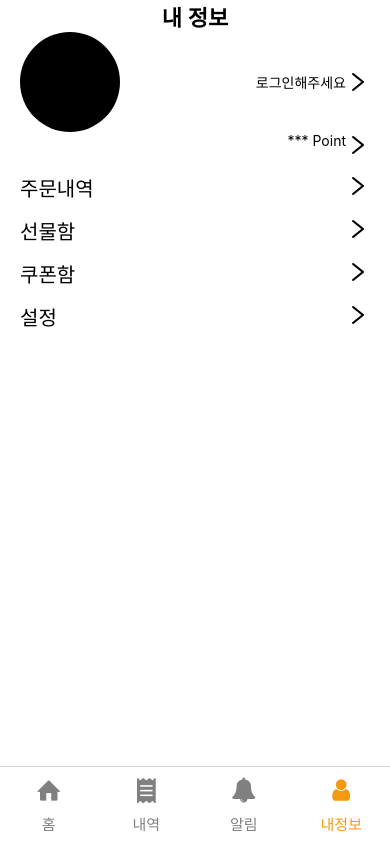
Repository: Unique0902/GachiDutch
Screen: /User
The author's editor kept a copy of each file at every save. The screen is drawn from the files as they stood at one save, then again after the next save.
The app was drawn by React Native's web renderer in a window 390 px wide. The project was rebuilt for these pictures with package versions that can differ from the ones it lists, and the page was loaded fresh each time. Some packages were replaced by stand-ins written for this rebuild. Also part of the build but not shown: sources/components/lowBar/lowBar.jsx, sources/components/taxi/taxi.jsx, sources/components/alarm/alert.js, sources/components/alarm/alarm.jsx, sources/components/dutch_history/dutch_history.jsx, sources/components/dutchpay_historys/dutchpay_historys.jsx, sources/components/delivery_historys/delivery_historys.jsx, sources/components/taxi_historys/taxi_historys.jsx and 3 more.

Above is the screen before, as saved 2022-11-11 16:28:15.

### App.js
import React from 'react';
import { StyleSheet, Text, View, Image } from 'react-native';
import Home from './sources/components/home/home';
import { NavigationContainer } from '@react-navigation/native';
import { createNativeStackNavigator } from '@react-navigation/native-stack';
import Taxi from './sources/components/taxi/taxi';
import Main from './sources/routes/main/main';
import Login from './sources/routes/login/login';
import HttpClient from './sources/network/http.js';
import ReceiptService from './sources/services/receipt.js';
import Ready from './sources/components/ready/ready';

const Stack = createNativeStackNavigator();
const baseURL = 'https://dutch-server.herokuapp.com';
const httpClient = new HttpClient(baseURL);
const receiptService = new ReceiptService(baseURL);

export default function App() {
  return (
    <>
      <NavigationContainer>
        <Stack.Navigator screenOptions={{ headerShown: false }}>
          <Stack.Screen
            name='Main'
            children={({ navigation, route }) => (
              <Main
                receiptService={receiptService}
                navigation={navigation}
                route={route}
              />
            )}
          />
          <Stack.Screen name='Taxi' component={Taxi} />
          <Stack.Screen name='Login' component={Login} />
          <Stack.Screen name='Ready' component={Ready} />
        </Stack.Navigator>
      </NavigationContainer>
    </>
  );
}

const styles = StyleSheet.create({
  header: {
    flexDirection: 'row',
    alignItems: 'center',
    justifyContent: 'space-between',
    margin: 25,
  },
  main: {},
  container: {
    flex: 1,
    backgroundColor: '#fff',
    alignItems: 'center',
    justifyContent: 'center',
  },
  logo: {
    width: 150,
    height: 30,
  },
});

### sources/components/home/home.jsx
import React, { useRef, useState, useEffect } from 'react';
import {
  StyleSheet,
  Text,
  View,
  Image,
  Button,
  Pressable,
  ScrollView,
  Dimensions,
} from 'react-native';
import { Entypo } from '@expo/vector-icons';
import { FontAwesome } from '@expo/vector-icons';
import { FontAwesome5 } from '@expo/vector-icons';
import LowBar from '../lowBar/lowBar';
import { isLogin, getUid } from '../../services/asyncstorage';
import { StatusBar } from 'react-native';

const Home = ({ login, setLogin, navigation, setUserData, userData }) => {
  const [scrollNum, setScrollNum] = useState(1);
  const windowWidth = Dimensions.get('window').width;
  const statusBarHeight = StatusBar.currentHeight;
  const headerStyle = {
    marginTop: statusBarHeight,
  };
  let advertisementWidth = windowWidth - 40;
  const scrollWidth = parseInt(advertisementWidth);
  let scrollLeft = 0;

  const advertisementStyle = () => {
    return {
      width: advertisementWidth,
    };
  };
  const pageCircleStyle = (num) => {
    if (scrollNum === num) {
      return {
        color: '#FB9700',
      };
    } else {
      return {
        color: '#FFFDD1',
      };
    }
  };
  const scrollRef = useRef();
  return (
    <View style={[styles.home, headerStyle]}>
      <View style={styles.top}>
        <View style={styles.header}>
          <Image
            source={require('../../images/dutch_logo.png')}
            style={styles.logo}
          />
          <Pressable
            onPress={() => {
              navigation.navigate('Ready');
            }}
          >
            <Entypo name='menu' size={35} color='black' />
          </Pressable>
        </View>
        <View style={styles.mainTop}>
          {login ? (
            <View style={styles.onLogin}>
              <Text style={styles.onLoginText}>
                {userData && userData.name}님 반가워요!
              </Text>
            </View>
          ) : (
            <View style={styles.login}>
              <View style={styles.loginTop}>
                <Pressable
                  style={styles.loginBtn}
                  onPress={() =>
                    navigation.navigate('Login', { setLogin, setUserData })
                  }
                >
                  <Text style={[styles.loginText, styles.loginBtnText]}>
                    로그인
                  </Text>
                </Pressable>
                <Text style={styles.loginText}>하시고</Text>
              </View>
              <Text style={styles.loginText}>다양한 혜택을 만나 보세요!</Text>
            </View>
          )}
          <View style={styles.advertisementBox}>
            <ScrollView
              horizontal
              pagingEnabled
              contentContainerStyle={styles.advertisementScroll}
              ref={scrollRef}
              onScroll={(e) => {
                scrollLeft = parseInt(e.nativeEvent.contentOffset.x);
                if (scrollLeft % scrollWidth < 10) {
                  setScrollNum(parseInt(scrollLeft / scrollWidth + 1));
                }
              }}
              scrollEventThrottle={100}
              showsHorizontalScrollIndicator={false}
            >
              <Pressable
                style={[styles.advertisement, advertisementStyle()]}
                onPress={() => {
                  navigation.navigate('Ready');
                }}
              >
                <Image
                  source={require('../../images/advertisement_img.png')}
                  style={styles.advertisementImg}
                />
                <Text style={styles.advertisementText}>
                  같이 더치로{'\n'}편리하게 이용하세요
                </Text>
              </Pressable>
              <Pressable
                style={[styles.advertisement, advertisementStyle()]}
                onPress={() => {
                  navigation.navigate('Ready');
                }}
              >
                <Image
                  source={require('../../images/advertisement_img.png')}
                  style={styles.advertisementImg}
                />
                <Text style={styles.advertisementText}>
                  같이 더치로{'\n'}편리하게 이용하세요
                </Text>
              </Pressable>
              <Pressable
                style={[styles.advertisement, advertisementStyle()]}
                onPress={() => {
                  navigation.navigate('Ready');
                }}
              >
                <Image
                  source={require('../../images/advertisement_img.png')}
                  style={styles.advertisementImg}
                />
                <Text style={styles.advertisementText}>
                  같이 더치로{'\n'}편리하게 이용하세요
                </Text>
              </Pressable>
              <Pressable
                style={[styles.advertisement, advertisementStyle()]}
                onPress={() => {
                  navigation.navigate('Ready');
                }}
              >
                <Image
                  source={require('../../images/advertisement_img.png')}
                  style={styles.advertisementImg}
                />
                <Text style={styles.advertisementText}>
                  같이 더치로{'\n'}편리하게 이용하세요
                </Text>
              </Pressable>
            </ScrollView>
            <View style={styles.pageCircles}>
              <FontAwesome
                style={[styles.pageCircle, pageCircleStyle(1)]}
                name='circle'
                size={10}
                color='white'
              />
              <FontAwesome
                style={[styles.pageCircle, pageCircleStyle(2)]}
                name='circle'
                size={10}
                color='white'
              />
              <FontAwesome
                style={[styles.pageCircle, pageCircleStyle(3)]}
                name='circle'
                size={10}
                color='white'
              />
              <FontAwesome
                style={[styles.pageCircle, pageCircleStyle(4)]}
                name='circle'
                size={10}
                color='white'
              />
            </View>
          </View>
        </View>
      </View>
      <Pressable
        style={styles.event}
        onPress={() => {
          navigation.navigate('Ready');
        }}
      >
        <View>
          <Text style={[styles.eventText, { fontSize: 20 }]}>
            이벤트 {'   '}|
          </Text>
        </View>
        <Text style={[styles.eventText, { fontSize: 15, marginLeft: 20 }]}>
          같이더치 월 결제로 10% 할인받자!
        </Text>
        <Text style={[styles.eventText, { fontSize: 20, marginLeft: 20 }]}>
          {'>'}
        </Text>
      </Pressable>

      <View style={styles.mainBottom}>
        <View style={styles.categories}>
          <View style={styles.topBtns}>
            <View style={styles.btnShadow}>
              <Pressable
                style={styles.goodsBtn}
                onPress={() => {
                  if (login) {
                    navigation.navigate('Taxi', { userData });
                  } else {
                    navigation.navigate('Login', { setLogin, setUserData });
                  }
                }}
              >
                <Image
                  source={require('../../images/taxi_img.png')}
                  style={styles.taxiImg}
                />
                <Text style={[styles.goodText, { marginTop: 20 }]}>택시</Text>
              </Pressable>
            </View>
            <View style={styles.btnShadow}>
              <Pressable
                style={styles.goodsBtn}
                onPress={() => {
                  navigation.navigate('Ready');
                }}
              >
                <Image
                  source={require('../../images/delivery_img.png')}
                  style={styles.taxiImg}
                />
                <Text style={[styles.goodText, { marginTop: 20 }]}>배달</Text>
              </Pressable>
            </View>
          </View>
          <View style={styles.downBtns}>
            <View style={styles.btnShadow}>
              <Pressable
                style={styles.downGoodsBtn}
                onPress={() => {
                  navigation.navigate('Ready');
                }}
              >
                <Image
                  source={require('../../images/taxi_human_img.png')}
                  style={styles.peopleImg}
                />
                <Text
                  style={[styles.goodText, { marginRight: 20, marginLeft: 20 }]}
                >
                  지인끼리
                </Text>
                <Image
                  source={require('../../images/location_img.png')}
                  style={styles.peopleImg}
                />
              </Pressable>
            </View>
          </View>
        </View>
      </View>
    </View>
  );
};

export default Home;

const styles = StyleSheet.create({
  home: {
    flex: 1,
    flexDirection: 'column',
  },
  loginText: {
    paddingVertical: 5,
  },
  header: {
    flexDirection: 'row',
    alignItems: 'center',
    justifyContent: 'space-between',
    margin: 0,
    flex: 1,
  },
  mainTop: {
    flex: 6,
  },
  top: {
    flex: 6,
    padding: 20,
  },
  loginBtn: {},
  login: {
    flex: 2,
    marginTop: 15,
  },
  onLogin: {
    flex: 2,
    marginTop: 15,
  },
  onLoginText: {
    marginTop: 10,
    fontSize: 25,
    fontWeight: '600',
    color: '#444444',
  },
  loginTop: {
    flexDirection: 'row',
    alignItems: 'center',
  },
  loginText: {
    fontSize: 18,
    color: '#444444',
  },
  loginBtnText: {
    color: '#F39910',
    textDecorationLine: 'underline',
    textDecorationStyle: 'solid',
    textDecorationColor: '#000',
  },
  mainBottom: {
    flex: 6,
    padding: 15,
  },
  advertisementScroll: {
    borderRadius: 15,
    position: 'relative',
  },
  advertisementBox: {
    flex: 4,
  },
  advertisement: {
    backgroundColor: '#FBBA00',
    borderRadius: 15,
    position: 'relative',
  },
  advertisementText: {
    color: 'white',
    fontSize: 20,
    fontWeight: '800',
    marginLeft: 30,
    marginTop: 25,
  },
  advertisementImg: {
    width: '100%',
    height: '87%',
    position: 'absolute',
    borderRadius: 20,
    bottom: 0,
  },
  pageCircles: {
    flexDirection: 'row',
    position: 'absolute',
    alignItems: 'center',
    bottom: 4,
    left: 140,
  },
  pageCircle: {
    marginLeft: 3,
    marginRight: 3,
  },
  event: {
    flex: 1,
    backgroundColor: '#3C4451',
    flexDirection: 'row',
    justifyContent: 'center',
    alignItems: 'center',
  },
  categories: {
    flex: 1,
  },
  topBtns: {
    flexDirection: 'row',
    flex: 3,
  },
  downBtns: {
    flex: 2,
  },
  goodsBtn: {
    borderRadius: 20,
    backgroundColor: 'white',
    width: '100%',
    height: '100%',
    alignItems: 'center',
    justifyContent: 'center',
  },
  downGoodsBtn: {
    borderRadius: 20,
    backgroundColor: 'white',
    width: '100%',
    height: '100%',
    flexDirection: 'row',
    justifyContent: 'center',
    alignItems: 'center',
  },
  goodText: {
    fontSize: 20,
    fontWeight: '600',
  },
  btnShadow: {
    flex: 1,
    shadowOffset: {
      width: 0,
      height: 1,
    },
    shadowOpacity: 0.18,
    borderRadius: 20,
    shadowRadius: 1.0,
    elevation: 1,
    margin: 5,
  },
  eventText: {
    color: 'white',
  },
  taxiImg: {
    width: 90,
    height: 90,
  },
  peopleImg: {
    width: 60,
    height: 67,
  },
  logo: {
    width: 150,
    height: 30,
  },
});

### sources/routes/main/main.jsx
import React, { useEffect, useRef, useState } from 'react';
import { View, Button, Text } from 'react-native';
import Home from '../../components/home/home';
import LowBar from '../../components/lowBar/lowBar';
import User from '../../components/user/user';
import Alarm from '../../components/alarm/alarm';
import Receipt from '../../components/receipt/receipt';
import { createBottomTabNavigator } from '@react-navigation/bottom-tabs';
import { Entypo } from '@expo/vector-icons';
import { FontAwesome } from '@expo/vector-icons';
import { FontAwesome5 } from '@expo/vector-icons';
import { isLogin, matchUserData } from '../../services/asyncstorage';

const Tab = createBottomTabNavigator();

const Main = ({ receiptService, navigation, route }) => {
  const [login, setLogin] = useState(false);
  const [userData, setUserData] = useState(null);
  useEffect(() => {
    isLogin().then((result) => {
      if (result) {
        setLogin(true);
        console.log('로그인 되어있음!');
        matchUserData(setUserData);
      } else {
        setLogin(false);
        console.log('로그인 안되어있음!');
      }
    });
  }, [login]);
  return (
    <>
      <View style={{ flex: 14 }}>
        <Tab.Navigator
          screenOptions={({ route }) => ({
            tabBarIcon: ({ color, size }) => {
              if (route.name === 'Home') {
                return <Entypo name='home' size={size} color={color} />;
              } else if (route.name === 'Receipt') {
                return (
                  <FontAwesome5 name='receipt' size={size} color={color} />
                );
              } else if (route.name === 'Alarm') {
                return <FontAwesome name='bell' size={size} color={color} />;
              } else if (route.name === 'User') {
                return <FontAwesome name='user' size={size} color={color} />;
              }
            },
            tabBarStyle: { flex: 0.1 },
            tabBarLabelStyle: {
              fontSize: 15,
              marginBottom: 10,
              fontWeight: '500',
            },
            tabBarActiveTintColor: '#F49A11',
            tabBarInactiveTintColor: 'gray',
            headerShown: false,
          })}
        >
          <Tab.Screen
            name='Home'
            options={({ route, navigation }) => {
              return { tabBarLabel: '홈' };
            }}
            children={({ navigation }) => (
              <Home
                login={login}
                setLogin={setLogin}
                navigation={navigation}
                setUserData={setUserData}
                userData={userData}
              />
            )}
          />
          <Tab.Screen
            name='Receipt'
            options={({ route, navigation }) => {
              return { tabBarLabel: '내역' };
            }}
            children={({ navigation, route }) => (
              <Receipt
                login={login}
                navigation={navigation}
                receiptService={receiptService}
                userData={userData}
                route={route}
              />
            )}
          />
          <Tab.Screen
            options={({ route, navigation }) => {
              return { tabBarLabel: '알림' };
            }}
            name='Alarm'
            children={({ navigation }) => (
              <Alarm login={login} navigation={navigation} />
            )}
          />
          <Tab.Screen
            options={({ route, navigation }) => {
              return { tabBarLabel: '내정보' };
            }}
            name='User'
            children={({ navigation }) => (
              <User
                login={login}
                setLogin={setLogin}
                navigation={navigation}
                setUserData={setUserData}
                userData={userData}
              />
            )}
          />
        </Tab.Navigator>
      </View>
    </>
  );
};

export default Main;

### sources/network/http.js
export default class HttpClient {
  constructor(baseURL) {
    this.baseURL = baseURL;
  }

  async fetch(url, options) {
    const res = await fetch(`${this.baseURL}${url}`, {
      ...options,
      headers: {
        'Content-Type': 'application/json',
        ...options.headers,
      },
    });
    let data;
    try {
      data = await res.json();
    } catch (error) {
      console.error(error);
    }

    if (res.status > 299 || res.status < 200) {
      const message =
        data && data.message ? data.message : 'Something went wrong! 🤪';
      const error = new Error(message);
      throw error;
    }
    return data;
  }
}

### sources/services/receipt.js
export default class ReceiptService {
  constructor(http) {
    this.http = http;
  }

  getTexiHistorys = async (userId) => {
    return await fetch(`${this.http}/receipt/all/${userId}`, {
      method: 'GET',
    });
  };
}

### sources/services/asyncstorage.js
import AsyncStorage from '@react-native-async-storage/async-storage';

export const isLogin = async () => {
  try {
    const loginDatas = await AsyncStorage.getItem('loginDatas');
    console.log(loginDatas);
    if (loginDatas) {
      return true;
    } else {
      return false;
    }
  } catch (e) {
    console.error(e);
  }
};

export const logout = async () => {
  try {
    await AsyncStorage.removeItem('loginDatas');
  } catch (error) {
    console.error(error);
  }
};

export const getRefreshToken = async () => {
  try {
    const loginDatas = await AsyncStorage.getItem('loginDatas');
    if (loginDatas) {
      return JSON.parse(loginDatas).refreshToken;
    }
  } catch (e) {
    console.error(e);
  }
};

export const getUid = async () => {
  try {
    const loginDatas = await AsyncStorage.getItem('loginDatas');
    if (loginDatas) {
      return JSON.parse(loginDatas).uid;
    }
  } catch (e) {
    console.error(e);
  }
};

export const matchUserData = async (setUserData) => {
  try {
    const loginDatas = await AsyncStorage.getItem('loginDatas');
    if (loginDatas) {
      return setUserData(JSON.parse(loginDatas));
    }
  } catch (e) {
    console.error(e);
  }
};

### sources/components/user/user.jsx
import React, { useEffect, useRef, useState } from 'react';
import { StatusBar } from 'react-native';
import {
  StyleSheet,
  Text,
  View,
  Pressable,
  ScrollView,
  Image,
} from 'react-native';
import { AntDesign } from '@expo/vector-icons';
import { isLogin, logout } from '../../services/asyncstorage';

export default function User({
  login,
  setLogin,
  navigation,
  setUserData,
  userData,
}) {
  const statusBarHeight = StatusBar.currentHeight;
  const headerStyle = {
    marginTop: statusBarHeight,
  };
  const onProfilePress = () => {
    console.log('profile pressed');
  };
  const onProfileInfoPress = () => {
    if (login) {
    } else {
      navigation.navigate('Login', { setLogin: setLogin });
    }
  };
  useEffect(() => {
    console.log(login);
  }, []);
  return (
    <View style={styles.container}>
      <View>
        <Text style={[styles.header, headerStyle]}>내 정보</Text>
      </View>
      <View>
        <View style={styles.profileArea}>
          <Pressable onPress={onProfilePress}>
            <Image style={styles.profileImage} />
          </Pressable>

          <Pressable
            onPress={() => {
              onProfileInfoPress();
            }}
            style={styles.infoClickArea}
          >
            <View>
              {login ? (
                <>
                  <Text style={styles.pointText}>
                    {userData && userData.name} 님
                  </Text>
                </>
              ) : (
                <>
                  <Text>로그인해주세요</Text>
                </>
              )}
            </View>
            <AntDesign name='right' size={24} color='black' />
          </Pressable>
        </View>

        <Pressable
          style={{
            flexDirection: 'column',
            alignItems: 'flex-end',
            marginBottom: 15,
          }}
        >
          <View style={{ flexDirection: 'row' }}>
            <Text>*** </Text>
            <Text>Point</Text>
            <AntDesign name='right' size={24} color='black' />
          </View>
        </Pressable>
      </View>

      <ScrollView>
        <Pressable style={styles.enterMenu}>
          <Text style={styles.menuText}>주문내역</Text>
          <AntDesign name='right' size={24} color='black' />
        </Pressable>
        <Pressable style={styles.enterMenu}>
          <Text style={styles.menuText}>선물함</Text>
          <AntDesign name='right' size={24} color='black' />
        </Pressable>
        <Pressable style={styles.enterMenu}>
          <Text style={styles.menuText}>쿠폰함</Text>
          <AntDesign name='right' size={24} color='black' />
        </Pressable>
        <Pressable style={styles.enterMenu}>
          <Text style={styles.menuText}>설정</Text>
          <AntDesign name='right' size={24} color='black' />
        </Pressable>
        {login && (
          <Pressable style={styles.logoutBtn}>
            <Text
              style={styles.logoutText}
              onPress={() => {
                logout().then(() => {
                  setLogin(false);
                  console.log('로그아웃됨!');
                  setUserData(null);
                  navigation.navigate('Main', { screen: 'Home' });
                });
              }}
            >
              로그아웃
            </Text>
          </Pressable>
        )}
      </ScrollView>
    </View>
    //내정보
  );
}

const styles = StyleSheet.create({
  container: {
    flex: 1,
    backgroundColor: '#fff',
    paddingHorizontal: 20,
  },
  header: {
    fontSize: 22,
    fontWeight: '600',
    alignSelf: 'center',
  },
  enterMenu: {
    justifyContent: 'space-between',
    flexDirection: 'row',
    marginBottom: 14,
  },
  menuText: {
    fontSize: 20,
    fontWeight: '500',
  },
  pointText: {
    fontSize: 20,
    fontWeight: '500',
  },
  profileImage: {
    width: 100,
    height: 100,
    borderRadius: 100,
    backgroundColor: 'black',
  },
  infoArea: {
    flexDirection: 'column',
  },
  infoClickArea: {
    flexDirection: 'row',
    alignItems: 'center',
    justifyContent: 'space-between',
  },
  infoText: {
    fontSize: 24,
    fontWeight: '500',
  },
  profileArea: {
    flexDirection: 'row',
    justifyContent: 'space-between',
  },
  logoutBtn: {},
  logoutText: {
    fontSize: 20,
    fontWeight: '500',
    color: 'red',
  },
});

Loaded but not shown: index.js (common file)

After the next save:
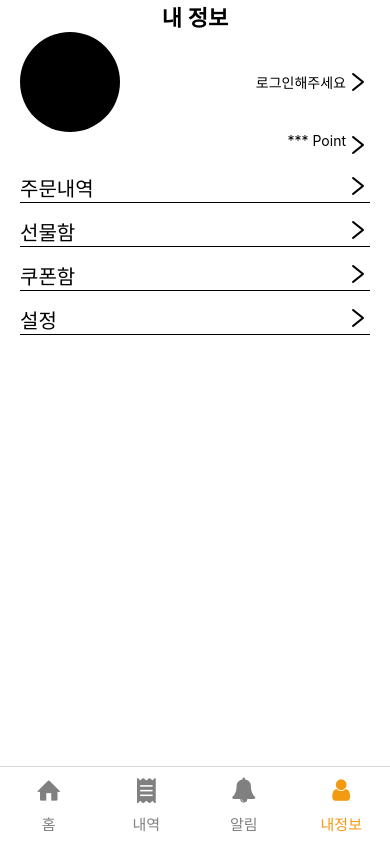
Saved 2 min 48 s later.
--- a/sources/components/user/user.jsx
+++ b/sources/components/user/user.jsx
@@ -138,6 +138,9 @@ const styles = StyleSheet.create({
     justifyContent: 'space-between',
     flexDirection: 'row',
     marginBottom: 14,
+    borderBottomColor: 'black',
+    borderBottomWidth: 1,
+    borderStyle: 'solid',
   },
   menuText: {
     fontSize: 20,
